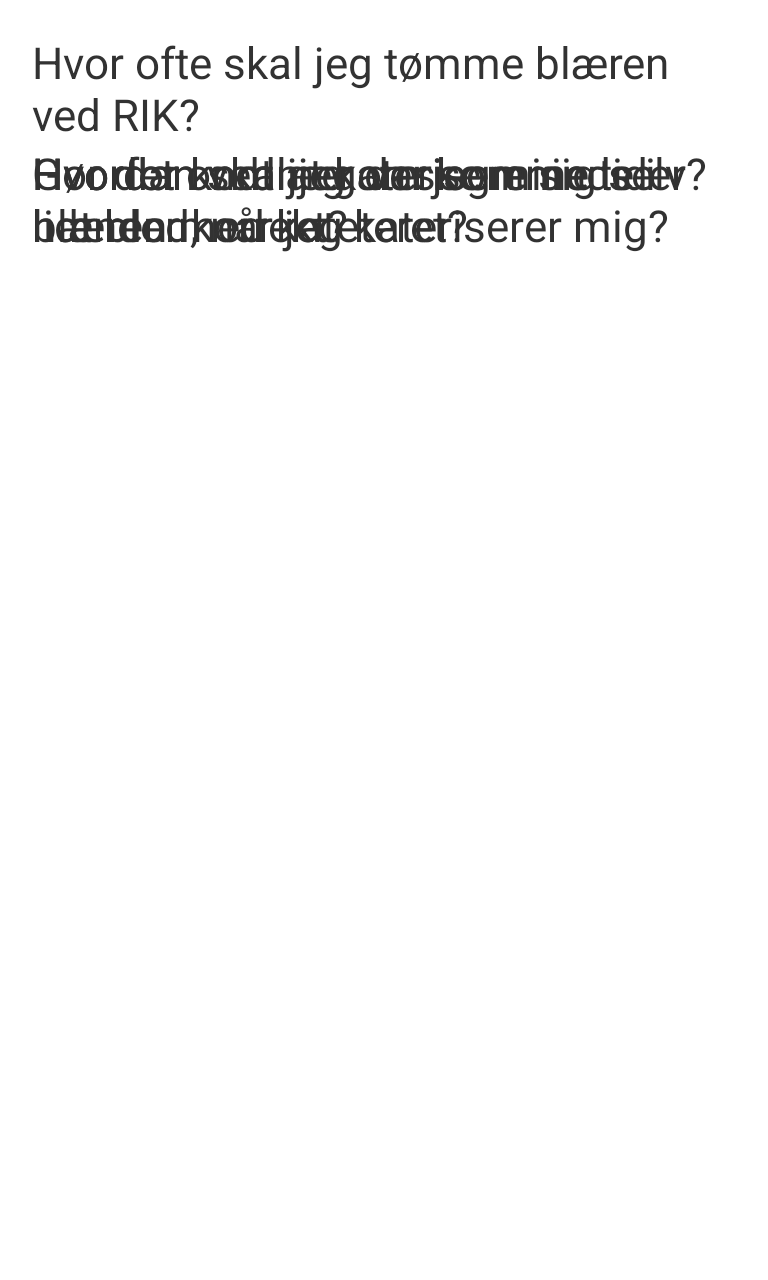
Repository: KingApollo/RIKapp2
Layout: RIKapp/res/layout/activity_information.xml
The author's editor kept a copy of each file at every save. The layout is drawn from the files as they stood at one save, then again after the next save.
It is drawn on a 768 x 1280 px phone screen (xhdpi) without system bars, with theme android:Theme.Light.NoTitleBar; the app's code is not run.

Above is the layout before, as saved 2014-10-10 12:16:56.

After the next save:
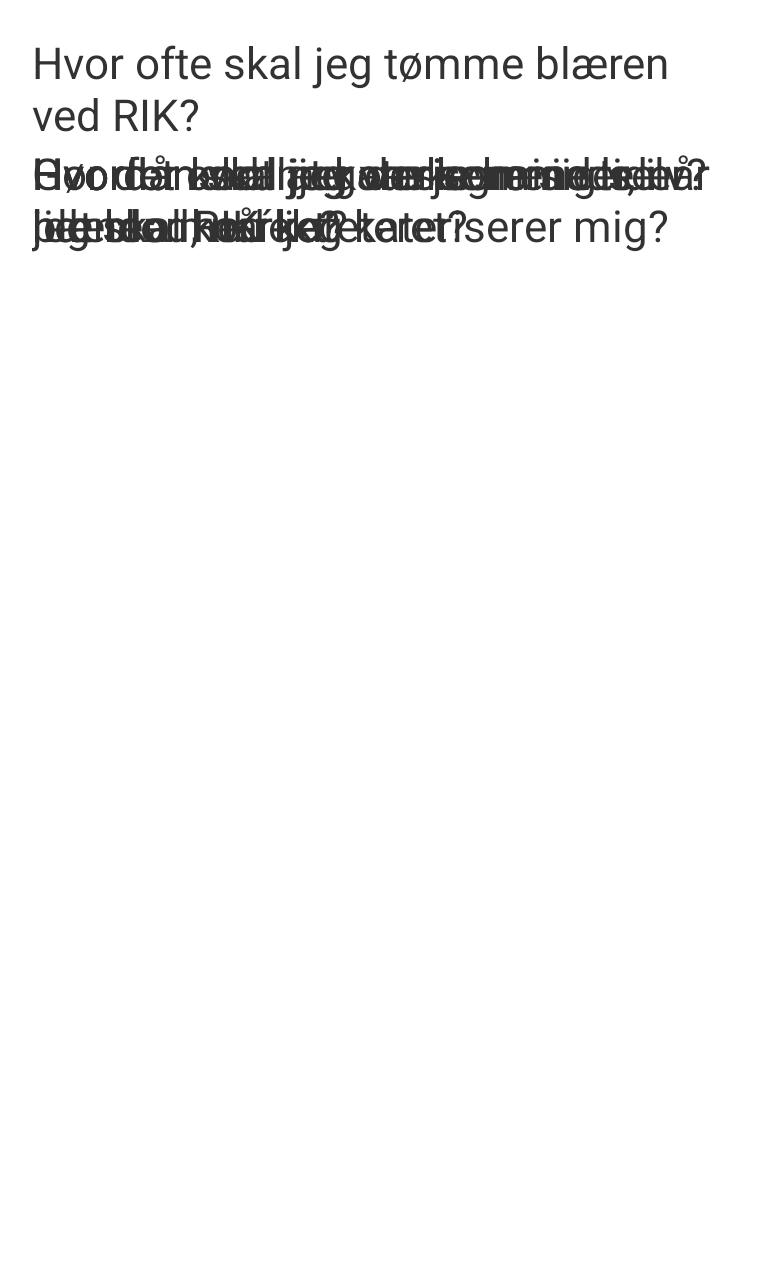
Saved 48 s later.
--- a/RIKapp/res/layout/activity_information.xml
+++ b/RIKapp/res/layout/activity_information.xml
@@ -62,4 +62,15 @@
     android:text="@string/howHandWashQuestion"
     android:textSize="22sp" />
 
+<TextView
+    android:id="@+id/tvWhenHandWashQuestion"
+    android:layout_width="wrap_content"
+    android:layout_height="wrap_content"
+    android:layout_alignLeft="@+id/tvHowOftenQuestion"
+    android:layout_below="@+id/tvHowOftenQuestion"
+    android:clickable="true"
+    android:onClick="toggle_contents"
+    android:text="@string/whenHandWashQuestion"
+    android:textSize="22sp" />
+
 </RelativeLayout>
